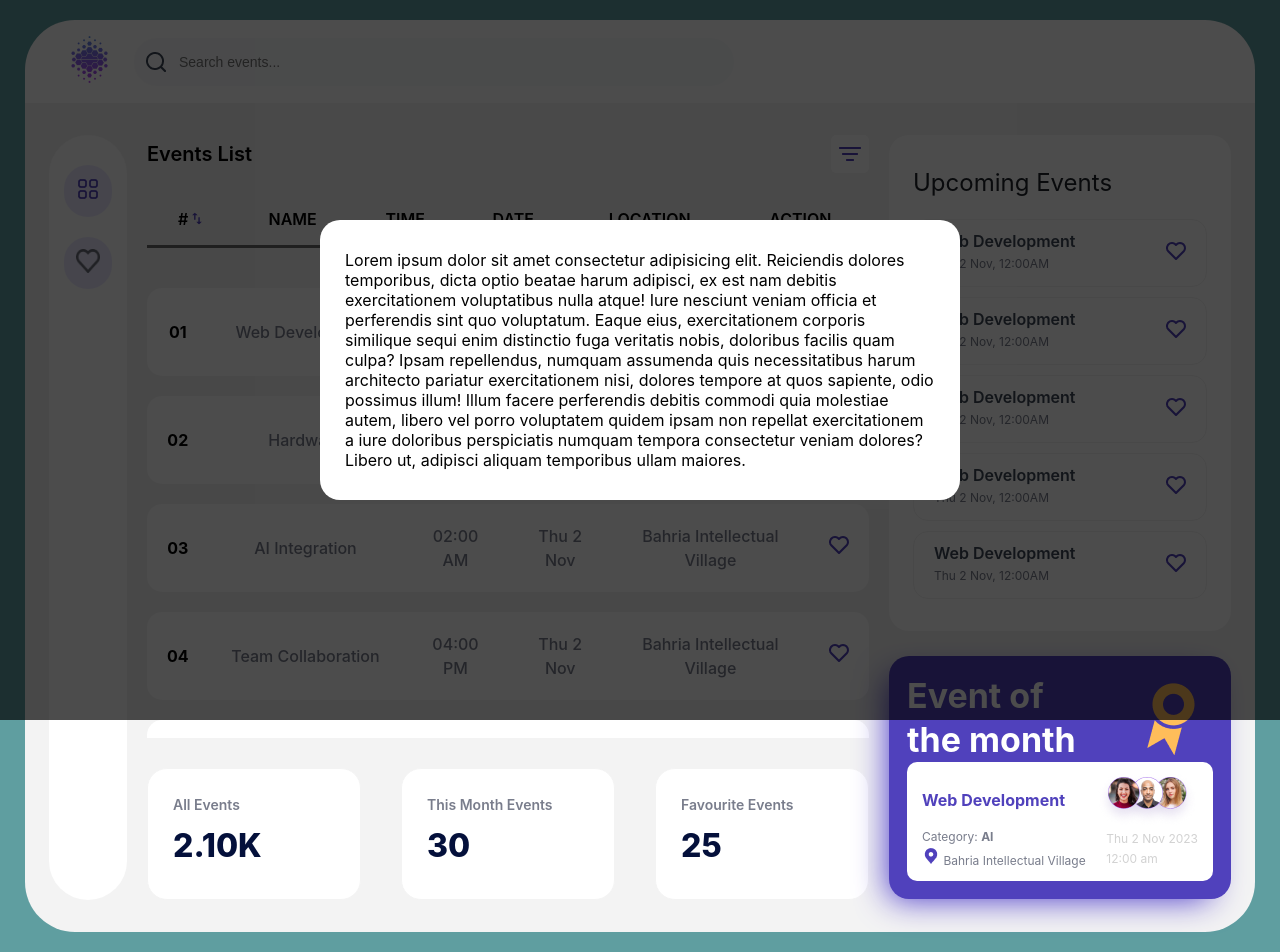
Repository: ahmadunitedsol710/react-dashboard
Page: /, after clicking the first element matching `tr.body_row`
The author's editor kept a copy of each file at every save. The page is drawn from the files as they stood at one save, then again after the next save.
The browser window is 1280 px wide. The pictures show the whole page.
An inner scrolling area shows only its first screen. The project was rebuilt for these pictures with package versions that can differ from the ones it lists, and the page was loaded fresh each time.

Above is the page before, as saved 2024-08-02 09:51:18.

### src/App.js
// import {BrowserRouter as Router, Routes, Route} from 'react-router-dom';
import Header from './Components/Header/index';
import Events from './Components/Body/Events';
import './App.css';

function App() {
  return (
    <div className="App container">
    {/* <Router>
      <Routes>
          <Route path="/" exact element={<Header/>}/>
      </Routes>
    </Router> */}
    <Header/>
    <Events/>
    </div>
  );
}

export default App;

### src/Components/Header/index.js
import '../../App.css';
import logo from '../../Images/logo.png'

const Index = () => {

    return (
        <>
            <div className="header">
                <div className="logo">
                    <img src={logo} alt="logo" />
                </div>
                <div className="search_box">
                    <input type="search"  name="search" placeholder='Search events...' className='srch'/>
                </div>
            </div>
        </>
    )
}

export default Index;

### src/Components/Body/Events.js
import '../../App.css';
import Sidebar from './Sidebar';
import List from './Eventlist';
import Upcommingevent from './Upcomingevent';
import Monthlyevent from './Monthlyevent'
import { useEffect, useState } from 'react';

const Events = () => {
    const [showfav, setshowfav] = useState(false)
    const tabledata = [
        {id:"01",name:"Web Development",time:'12:00 AM',date:"Thu 2 Nov",location:"Bahria Intellectual Village"},

        {id:"02",name:"Hardware",time:'12:00 AM',date:"Thu 2 Nov",location:"Bahria Intellectual Village"},

        {id:"03",name:"AI Integration",time:'02:00 AM',date:"Thu 2 Nov",location:"Bahria Intellectual Village"},

        {id:"04",name:"Team Collaboration",time:'04:00 PM',date:"Thu 2 Nov",location:"Bahria Intellectual Village"},

        {id:"05",name:"Front End Development",time:'06:00 PM',date:"Thu 2 Nov",location:"Bahria Intellectual Village"},

        {id:"06",name:"Front End Development",time:'06:00 PM',date:"Thu 2 Nov",location:"Bahria Intellectual Village"},

        {id:"07",name:"Front End Development",time:'06:00 PM',date:"Thu 2 Nov",location:"Bahria Intellectual Village"},

        {id:"08",name:"Front End Development",time:'06:00 PM',date:"Thu 2 Nov",location:"Bahria Intellectual Village"}
   ]

   const [storedData, setStoredData] = useState([])
   useEffect(()=>{
    setStoredData(localStorage.getItem("favourite") ? JSON.parse([localStorage.getItem("favourite")]) : [])
   }, [])

   const eventdata = [
    {id:1, name:"Web Development",date_time:'Thu 2 Nov, 12:00AM'},
    {id:2, name:"Web Development",date_time:'Thu 2 Nov, 12:00AM'},
    {id:3, name:"Web Development",date_time:'Thu 2 Nov, 12:00AM'},
    {id:4, name:"Web Development",date_time:'Thu 2 Nov, 12:00AM'},
    {id:5, name:"Web Development",date_time:'Thu 2 Nov, 12:00AM'},
    {id:6, name:"Web Development",date_time:'Thu 2 Nov, 12:00AM'},
    {id:7, name:"Web Development",date_time:'Thu 2 Nov, 12:00AM'},
    {id:8, name:"Web Development",date_time:'Thu 2 Nov, 12:00AM'},
    {id:9, name:"Web Development",date_time:'Thu 2 Nov, 12:00AM'}
]

   const [storedList, setStoredList] = useState([])
   useEffect(()=>{
    setStoredList(localStorage.getItem("list") ? JSON.parse([localStorage.getItem("list")]) : [])
   }, [])



    return (
        <>
            <div className="events">
                <div className='parent_block'>
                    <Sidebar setshowfav={setshowfav}/>
                    <List showfav={showfav} favdata={storedData} tabledata={tabledata} setStoredData={setStoredData}/>

                     <div className='child_block'>
                        <Upcommingevent showfav={showfav} favdata={storedList} eventdata={eventdata} setStoredList={setStoredList}/>
                        {!showfav && <Monthlyevent/> }
                    </div>

                </div>
            </div>
        </>
    )
}

export default Events;

### src/App.css
body {
  background-color: cadetblue;
}

.container {
  max-width: 1440px;
  margin: 20px auto;
  padding: 0 25px;
  box-sizing: border-box;
}

.App-logo {
  height: 40vmin;
  pointer-events: none;
}

@media (prefers-reduced-motion: no-preference) {
  .App-logo {
    animation: App-logo-spin infinite 20s linear;
  }
}

.App-header {
  background-color: #282c34;
  min-height: 100vh;
  display: flex;
  flex-direction: column;
  align-items: center;
  justify-content: center;
  font-size: calc(10px + 2vmin);
  color: white;
}

.App-link {
  color: #61dafb;
}

@keyframes App-logo-spin {
  from {
    transform: rotate(0deg);
  }
  to {
    transform: rotate(360deg);
  }
}

::-webkit-scrollbar {
  width: 5px;
}

/* Track */
::-webkit-scrollbar-track {
  box-shadow: inset 0 0 5px grey;
  border-radius: 10px;
}

/* Handle */
::-webkit-scrollbar-thumb {
  background: #D9D9D9;
  border-radius: 10px;
}

/* Handle on hover */
::-webkit-scrollbar-thumb:hover {
  background: #6e6e6e;
}


/* Header */
.header { display: flex; justify-content: center; align-items: center; gap: 20px; background-color: #ffffff; padding: 15px 40px; border-radius: 50px 50px 0 0; }

.header .search_box { position: relative; width: 100%; }

.header .search_box .srch { background-image: url(./Images/Search.png); background-repeat: no-repeat; background-color: #F9FAFC; background-position: 10px center; border: none; padding: 13px 45px; width: 600px; border-radius: 50px; font-size: 14px; font-weight: 400; color: #3D4756; line-height: 22px; }


/* Events */
.events { background-color: #f3f3f3; padding: 32px 24px; box-sizing: border-box; border-radius: 0 0 50px 50px; }

.events .parent_block { display: flex; gap: 20px; justify-content: space-between; }

.events .parent_block .child_block { max-width: 380px; width: 100%; }

/* Sidebar */
.sidebar { display: flex; flex-direction: column; background-color: #ffffff; max-width: 80px; padding: 30px 15px; box-sizing: border-box; border-radius: 40px; }

.image { background-color: #ECEAFF; margin-bottom: 20px; border-radius: 25px; }

.sidebar_img { width: 24px; height: 24px; padding: 12px; }

/* Event list */
.event_details { /*max-width: 850px; */ width: calc(100% - 460px); }

.event_details .evenlist .main { display: flex; justify-content: space-between; align-items: center; }

.event_details .evenlist .main .heading { font-size: 20px; font-weight: 600; line-height: 30px; margin: 0; }

.event_details .evenlist .main .filter { background-color: #ffffff; padding: 5px; border-radius: 5px; box-sizing: border-box; }

table { border-collapse: separate; border-spacing: 0 20px;  width: 100%}

.tbody_container { overflow-y: auto; max-height: 470px; }

th { text-align: center; font-size: 16px; font-weight: 600; line-height: 22px; padding: 15px 20px; box-sizing: border-box; border-bottom: 3px solid #6a6a6a; }

.index { font-size: 16px; font-weight: bolder; line-height: 24px; }

.body_row td { background-color: #ffffff; padding: 20px; text-align: center; }

.body_row td:first-child { border-radius: 15px 0 0 15px; }

.body_row td:last-child { border-radius: 0 15px 15px 0; }

.body_row .details { font-size: 16px; font-weight: 500; line-height: 24px; color: #797d8c; cursor: pointer;}

.cards { display: flex; align-items: center; gap: 40px; margin-top: 30px; }

.cards .all_events, .cards .this_month, .cards .fav_events { background-color: #ffffff; border-radius: 20px; border: 1px solid #f3f3f3; width: 260px; padding: 25px 25px 33px; box-sizing: border-box; }

.cards .text { color: #797d8c; font-size: 14px; font-weight: 600; line-height: 22px; margin: 0; }

.cards .title { font-size: 32px; line-height: 40px; font-weight: 800; margin: 10px 0 0; color: #04103b; }



/* Upcoming events */
.upcomingevents { background-color: #ffffff; border-radius: 20px; padding: 32px 24px; box-sizing: border-box; }

.upcomingevents .title { font-size: 24px; line-height: 32px; font-weight: 400; color: #1e232a; margin: 0 0 20px; }

.upcomingevents .events_list { margin: 0; padding: 0; height: 380px; overflow-y: auto; }

.upcomingevents .events_list .event { border: 1px solid #f3f3f3; list-style-type: none; border-radius: 15px; padding: 10px 20px; display: flex; align-items: center; justify-content: space-between; margin-bottom: 10px; }

.upcomingevents .events_list .event:last-child { margin-bottom: 0; }

.upcomingevents .events_list .event .event_title { font-size: 16px; font-weight: 600; line-height: 22px; color: #3d4756; margin: 0; }

.upcomingevents .events_list .event .event_date_time { font-size: 12px; font-weight: 400; line-height: 24px; color: #797D8C; margin: 0; }


/* Monthly event */
.monthly_event { background-color: #5041bc; color: #ffffff; padding: 18px; box-sizing: border-box; border-radius: 20px; margin-top: 25px; box-shadow: -10px 10px 33px -10px #4533C9; }

.monthly_event .upper_part { display: flex; justify-content: space-between; align-items: center; }

.monthly_event .upper_part .heading { max-width: 180px; margin: 0; font-size: 34px; font-weight: 700; line-height: 44px; }

.bottom_part { background-color: #ffffff; color: #5041BC; border-radius: 10px; padding: 10px 15px; }

.bottom_part .first_row, .bottom_part .second_row { display: flex; justify-content: space-between; align-items: center; }

.bottom_part .first_row .course_title { margin: 0; font-size: 16px; font-weight: 700; line-height: 26px; }

.bottom_part .second_row { font-size: 12px; font-weight: 400; line-height: 20px; }

.bottom_part .second_row .cat_loc { color: #797D8C; }

.bottom_part .second_row .date_time { color: #D2D2D2; }




/* Detail Popup */
.overlay {
  position: fixed;
  top: 0;
  left: 0;
  width: 100%;
  height: 100%;
  background: rgba(0, 0, 0, 0.7);
}

.overlay .detailpopup {
  position: absolute;
  background-color: #ffffff;
  transform: translate(-50%, -50%);
  left: 50%;
  top: 50%;
  border-radius: 20px;
  padding: 30px 25px;
  box-sizing: border-box;
}

### src/Components/Body/Sidebar.js
import '../../App.css';
import grid from '../../Images/grid.png';
import favourite from '../../Images/fav.png'

const sidebar = ({setshowfav}) => {

    return (
        <>
            <div className="sidebar">
                <div className="image">
                    <img src={grid} alt="grid" className='sidebar_img' onClick={()=>setshowfav(false)}/>
                </div>
                <div className="image">
                    <img src={favourite} alt="favourite" className='sidebar_img' onClick={()=>setshowfav(true)}/>
                </div>
            </div>
        </>
    )
}

export default sidebar;

### src/Components/Body/Eventlist.js
import '../../App.css';
import swap from '../../Images/swap.png';
import emptyfav from '../../Images/empty_fav.png'
import fillfav from '../../Images/fill_fav.png'
import filter from '../../Images/filter.png'
import { useEffect, useState } from 'react';
import Detailpopup from './Detailpopup';

const Eventlist = ({showfav, favdata, tabledata, setStoredData}) => {
    const [showModal, setShowModal] = useState(false)


    const add_fav = (data) => {
        const isFav = favdata.some(favitem => favitem.id === data.id)

        if (isFav) {
            // setStoredData(favdata.filter(favitem => favitem.id !== data.id));
            const updatedFavData = favdata.filter(favItem => favItem.id !== data.id);
            setStoredData(updatedFavData);
            localStorage.setItem("favourite", JSON.stringify(updatedFavData))

            console.log("else 1")
        }
        else {
            const updatedFavData = [...favdata, data];
            setStoredData(updatedFavData);
            localStorage.setItem("favourite", JSON.stringify(updatedFavData))
            console.log("else 2")
        }
    };

    const closeModal = () => {
        setShowModal(false)
    }

       const all_events = {text:"All Events", title:"2.10K"}
       const this_month = {text:"This Month Events", title:"30"}
       const fav_events = {text:"Favourite Events", title:"25"}
    return (
        <>
            <div className="event_details">
                <div className="evenlist">
                    <div className="main">
                        <h2 className='heading'>Events List</h2>
                        <img src={filter} alt="filter" className='filter' />
                    </div>
                    <div className="table_data">
                        <table className="table">
                            <thead className='table_head'>
                                <tr>
                                    <th># <img src={swap} alt="swap" /> </th>
                                    <th>NAME</th>
                                    <th>TIME</th>
                                    <th>DATE</th>
                                    <th>LOCATION</th>
                                    <th>ACTION</th>
                                </tr>
                            </thead>
                        </table>
                        <div className="tbody_container">
                            <table>
                                <tbody>
                                    {!showfav ? tabledata.map((data)=>(
                                        <tr className='body_row' key={data.id} onClick={()=>setShowModal(true)}>
                                        <td className='index' data-label="index">{data?.id}</td>
                                        <td className='details' data-label="name">{data?.name}</td>
                                        <td className='details' data-label="time">{data?.time}</td>
                                        <td className='details' data-label="date">{data?.date}</td>
                                        <td className='details' data-label="location">{data?.location}</td>
                                        <td className='details' data-label="location"> <img src={favdata.some(favitem => favitem.id === data.id) ? fillfav : emptyfav} alt="favourite"
                                        onClick={()=>add_fav(data)}/></td>
                                    </tr>)) :
                                    favdata.map((data)=>(
                                        <tr className='body_row' key={data.id} onClick={()=>setShowModal(true)}>
                                        <td className='index' data-label="index">{data?.id}</td>
                                        <td className='details' data-label="name">{data?.name}</td>
                                        <td className='details' data-label="time">{data?.time}</td>
                                        <td className='details' data-label="date">{data?.date}</td>
                                        <td className='details' data-label="location">{data?.location}</td>
                                        <td className='details' data-label="location"> <img src={favdata.some(favitem=>favitem.id === data.id) ? fillfav : emptyfav} alt="favourite"
                                        onClick={()=>add_fav(data)}/></td>
                                    </tr>
                                    ))}
                                </tbody>
                            </table>
                        </div>
                    </div>
                </div>

             {!showfav &&   <div className="cards">
                    <div className="all_events">
                        <p className='text'>{all_events.text}</p>
                        <h2 className='title'>{all_events.title}</h2>
                    </div>
                    <div className="this_month">
                        <p className='text'>{this_month.text}</p>
                        <h2 className='title'>{this_month.title}</h2>
                    </div>
                    <div className="fav_events">
                        <p className='text'>{fav_events.text}</p>
                        <h2 className='title'>{fav_events.title}</h2>
                    </div>
                </div>}
            </div>
            {showModal && <Detailpopup closeModal={closeModal}/>}
        </>
    )
}

export default Eventlist;

### src/Components/Body/Upcomingevent.js
import emptyfav from '../../Images/empty_fav.png'
import fillfav from '../../Images/fill_fav.png'

const Upcommingevent = ({showfav, eventdata, setStoredList, favdata}) => {

    const add_fav = (list) => {
        const isFav = favdata.some(favitem => favitem.id === list.id)

        if (isFav) {
            const updatedFavData = favdata.filter(favItem => favItem.id !== list.id);
            setStoredList(updatedFavData);
            localStorage.setItem("list", JSON.stringify(updatedFavData))
            console.log("else 1")
        }
        else {
            const updatedFavData = [...favdata, list];
            setStoredList(updatedFavData);
            localStorage.setItem("list", JSON.stringify(updatedFavData))
            console.log("else 2")
        }
    };

    return (
        <>  {/* add multiple tags when use empty tags */}
            <div className="upcomingevents">
                <h2 className="title">Upcoming Events</h2>

                <ul className="events_list">
                    {!showfav ? eventdata.map((list) => (
                        <li className="event" key={list.id}>
                            <div className="title_date_time">
                                <p className="event_title">{list.name}</p>
                                <p className="event_date_time">{list.date_time}</p>
                            </div>
                            <div>
                                <img src={favdata.some(favitem => favitem.id === list.id) ? fillfav : emptyfav} alt="emptyfav"
                                onClick={()=>add_fav(list)}/>
                            </div>
                        </li>
                    )) :
                    favdata.map((list) => (
                        <li className="event" key={list.id}>
                            <div className="title_date_time">
                                <p className="event_title">{list.name}</p>
                                <p className="event_date_time">{list.date_time}</p>
                            </div>
                            <div>
                                <img src={favdata.some(favitem => favitem.id === list.id) ? fillfav : emptyfav} alt="emptyfav"
                                onClick={()=>add_fav(list)}/>
                            </div>
                        </li>
                    ))}
                </ul>
            </div>
        </>
    )

}

export default Upcommingevent;

### src/Components/Body/Monthlyevent.js
import loc from '../../Images/location.png'
import teacher_img from '../../Images/user.png'
import pin from '../../Images/pin.png'


const MonthlyEvent = () => {
    const course_details = {name:"Web Development", image:teacher_img, category:"AI", location:"Bahria Intellectual Village", date:"Thu 2 Nov 2023", time:"12:00 am" }
    return (
        <>
        <div className="monthly_event">
            <div className="upper_part">
                <h1 className="heading">Event of the month</h1>
                <img src={loc} alt="location" />
            </div>

            <div className="bottom_part">
                <div className="first_row">
                    <h3 className='course_title'>{course_details.name}</h3>
                    <img src={course_details.image} alt="teachers" />
                </div>
                <div className="second_row">
                    <div className="cat_loc">
                        <div>Category: <strong>{course_details.category}</strong></div>
                        <div> <img src={pin} alt="pin" />  {course_details.location}</div>
                    </div>
                    <div className="date_time">
                        <div className="date">{course_details.date}</div>
                        <div className="time">{course_details.time}</div>
                    </div>
                </div>
            </div>
        </div>
        </>
    )
}


export default MonthlyEvent;

### src/Components/Body/Detailpopup.js

import pin from '../../Images/pin.png'

const Detailpopup = ({closeModal}) => {
    return (
        <>
        <div className="overlay" onClick={closeModal}>
            <div className="detailpopup">
                Lorem ipsum dolor sit amet consectetur adipisicing elit. Reiciendis dolores temporibus, dicta optio beatae harum adipisci, ex est nam debitis exercitationem voluptatibus nulla atque! Iure nesciunt veniam officia et perferendis sint quo voluptatum. Eaque eius, exercitationem corporis similique sequi enim distinctio fuga veritatis nobis, doloribus facilis quam culpa? Ipsam repellendus, numquam assumenda quis necessitatibus harum architecto pariatur exercitationem nisi, dolores tempore at quos sapiente, odio possimus illum! Illum facere perferendis debitis commodi quia molestiae autem, libero vel porro voluptatem quidem ipsam non repellat exercitationem a iure doloribus perspiciatis numquam tempora consectetur veniam dolores? Libero ut, adipisci aliquam temporibus ullam maiores.
            </div>
        </div>
        </>
    )
}

export default Detailpopup;

Loaded but not shown: public/index.html (common file); src/index.js (common file); src/index.css (common file); src/reportWebVitals.js (common file)

After the next save:
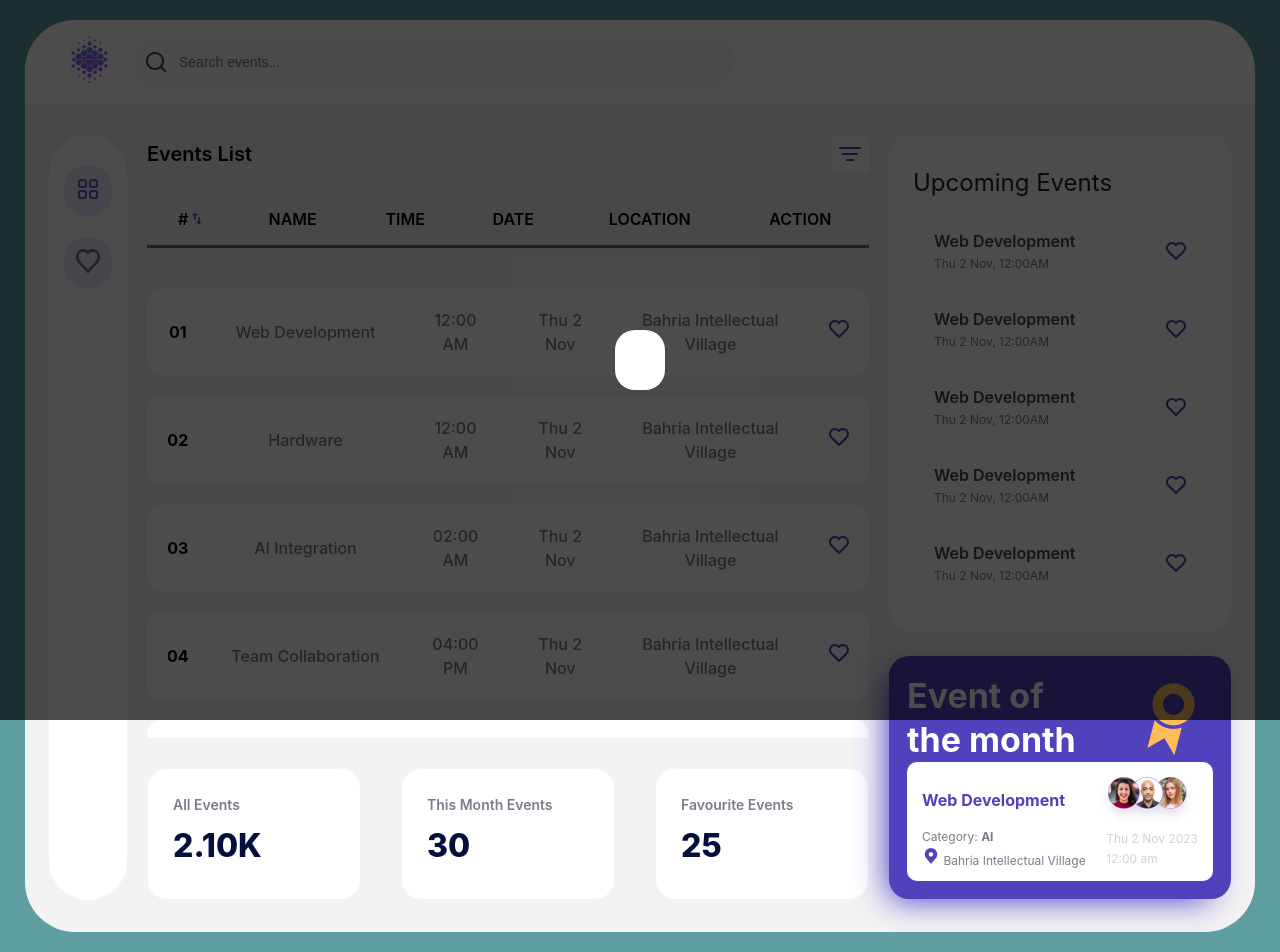
Saved 2 min 36 s later.
--- a/src/Components/Body/Detailpopup.js
+++ b/src/Components/Body/Detailpopup.js
@@ -6,7 +6,7 @@ const Detailpopup = ({closeModal}) => {
         <>
         <div className="overlay" onClick={closeModal}>
             <div className="detailpopup">
-                Lorem ipsum dolor sit amet consectetur adipisicing elit. Reiciendis dolores temporibus, dicta optio beatae harum adipisci, ex est nam debitis exercitationem voluptatibus nulla atque! Iure nesciunt veniam officia et perferendis sint quo voluptatum. Eaque eius, exercitationem corporis similique sequi enim distinctio fuga veritatis nobis, doloribus facilis quam culpa? Ipsam repellendus, numquam assumenda quis necessitatibus harum architecto pariatur exercitationem nisi, dolores tempore at quos sapiente, odio possimus illum! Illum facere perferendis debitis commodi quia molestiae autem, libero vel porro voluptatem quidem ipsam non repellat exercitationem a iure doloribus perspiciatis numquam tempora consectetur veniam dolores? Libero ut, adipisci aliquam temporibus ullam maiores.
+
             </div>
         </div>
         </>
